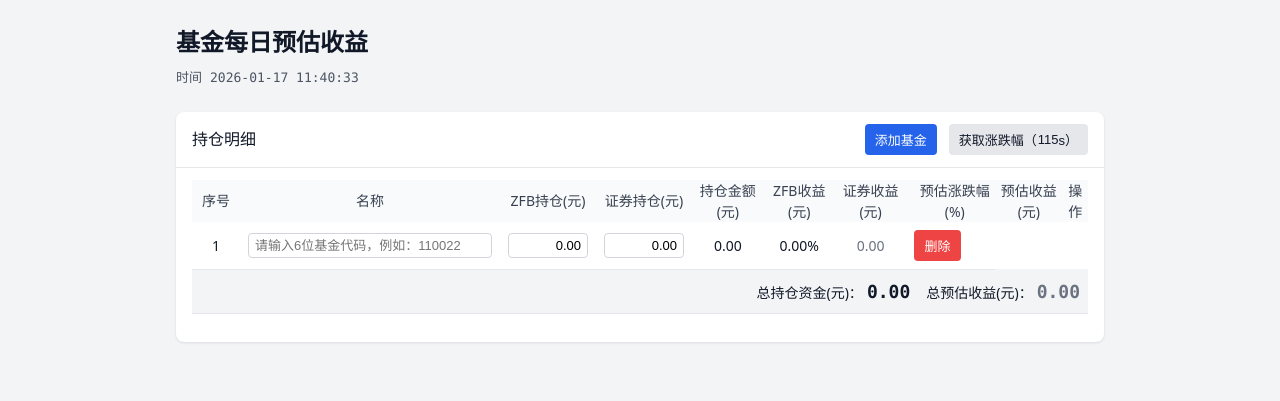
Repository: zt-boom/finance
Page: index.html
The author's editor kept a copy of each file at every save. The page is drawn from the files as they stood at one save, then again after the next save.
The browser window is 1280 px wide. The pictures show the whole page.

Above is the page before, as saved 2026-01-17 14:58:31.

### index.html
<!DOCTYPE html>
<html lang="zh-CN">
<head>
<meta charset="UTF-8">
<title>基金每日预估收益</title>
<meta name="viewport" content="width=device-width,initial-scale=1">
<link rel="stylesheet" href="./style.css">
</head>
<body>
<div class="app">
<header class="app-header">
<h1>基金每日预估收益</h1>
<div class="date-row">
<span>时间</span>
<span id="current-date"></span>
</div>
</header>
<main class="app-main">
<section class="card">
<div class="card-header">
<h2>持仓明细</h2>
<div class="card-header-actions">
<button id="add-fund-btn" class="primary-button">添加基金</button>
<button id="fetch-percent-btn" class="secondary-button">
获取涨跌幅（<span id="auto-refresh-countdown">120</span>s）
</button>
</div>
</div>
<div class="card-body">
<div class="table-wrapper">
<table class="fund-table">
<thead>
<tr>
<th class="index-col">序号</th>
<th>名称</th>
<th>ZFB持仓(元)</th>
<th>证券持仓(元)</th>
<th>持仓金额(元)</th>
<th>ZFB收益(元)</th>
<th>证券收益(元)</th>
<th>预估涨跌幅(%)</th>
<th>预估收益(元)</th>
<th>操作</th>
</tr>
</thead>
<tbody id="fund-table-body"></tbody>
<tfoot>
<tr class="summary-row">
<td colspan="10">
<div class="summary-items">
<div class="summary-left">
<span>总持仓资金(元)：<strong id="total-amount">0.00</strong></span>
<span>总预估收益(元)：<strong id="total-profit">0.00</strong></span>
</div>
</div>
</td>
</tr>
</tfoot>
</table>
</div>
</div>
</section>
</main>
</div>
<script src="./main.js"></script>
</body>
</html>

### style.css
* {
box-sizing: border-box;
margin: 0;
padding: 0;
}

body {
font-family: system-ui, -apple-system, BlinkMacSystemFont, "Segoe UI", sans-serif;
background-color: #f3f4f6;
color: #111827;
line-height: 1.5;
}

.app {
max-width: 960px;
margin: 0 auto;
padding: 24px 16px 40px;
}

.app-header {
display: flex;
flex-direction: column;
gap: 8px;
margin-bottom: 24px;
}

.app-header h1 {
font-size: 24px;
font-weight: 600;
color: #111827;
}

.date-row {
display: flex;
gap: 8px;
align-items: center;
font-size: 13px;
color: #4b5563;
}

.date-row span:last-child {
font-family: ui-monospace, SFMono-Regular, Menlo, Monaco, Consolas, "Liberation Mono", "Courier New", monospace;
font-variant-numeric: tabular-nums;
}

.app-main {
display: flex;
flex-direction: column;
gap: 16px;
}

.card {
background-color: #ffffff;
border-radius: 8px;
box-shadow: 0 1px 3px rgba(15, 23, 42, 0.1);
overflow: hidden;
}

.card-header {
display: flex;
justify-content: space-between;
align-items: center;
padding: 12px 16px;
border-bottom: 1px solid #e5e7eb;
}

.card-header h2 {
font-size: 16px;
font-weight: 500;
}

.card-header-actions {
display: flex;
align-items: center;
gap: 12px;
}

.card-body {
padding: 12px 16px 16px;
}

.table-wrapper {
overflow-x: auto;
margin-bottom: 12px;
}

.fund-table {
width: 100%;
border-collapse: collapse;
font-size: 14px;
}

.fund-table td {
border-bottom: 1px solid #e5e7eb;
padding: 8px;
text-align: left;
}

.fund-table th.index-col,
.fund-table td[data-role="row-index"] {
width: 48px;
text-align: center;
}

.fund-table td:nth-child(3),
.fund-table td:nth-child(4),
.fund-table td:nth-child(5),
.fund-table td:nth-child(6),
.fund-table td:nth-child(7) {
text-align: center;
white-space: nowrap;
}

.fund-table thead {
background-color: #f9fafb;
}

.fund-table th {
font-weight: 500;
color: #374151;
text-align: center;
}

.fund-table tbody tr:nth-child(even) {
background-color: #f9fafb;
}

.fund-table input {
width: 100%;
padding: 4px 6px;
font-size: 13px;
border-radius: 4px;
border: 1px solid #d1d5db;
outline: none;
text-align: right;
}

.fund-table input.narrow-number-input {
width: 80px;
margin: 0 auto;
}

.fund-table td:nth-child(2) input {
text-align: left;
}

.fund-table th:nth-child(2),
.fund-table td:nth-child(2) {
width: 260px;
}

.fund-table th:nth-child(8),
.fund-table td:nth-child(8) {
padding-left: 8px;
}

.fund-table input[type="number"]::-webkit-outer-spin-button,
.fund-table input[type="number"]::-webkit-inner-spin-button {
-webkit-appearance: none;
margin: 0;
}

.fund-table input[type="number"] {
-moz-appearance: textfield;
}

.fund-table input:focus {
border-color: #2563eb;
box-shadow: 0 0 0 1px rgba(37, 99, 235, 0.2);
}

.value-positive {
color: #ef4444;
}

.value-negative {
color: #10b981;
}

.value-zero {
color: #6b7280;
}

.summary-row td {
font-weight: 600;
color: #111827;
background-color: #f3f4f6;
}

.summary-items {
display: flex;
flex-wrap: wrap;
gap: 4px 16px;
justify-content: flex-end;
align-items: center;
}

#auto-refresh-countdown {
display: inline-block;
width: 3ch;
text-align: right;
}

.summary-items span {
font-weight: 500;
white-space: nowrap;
}

.summary-left {
display: flex;
flex-wrap: wrap;
gap: 4px 16px;
align-items: center;
}

.summary-items span strong {
font-size: 18px;
margin-left: 4px;
font-family: ui-monospace, SFMono-Regular, Menlo, Monaco, Consolas, "Liberation Mono", "Courier New", monospace;
}

#total-amount {
color: #111827;
}

.primary-button,
.secondary-button,
.danger-button {
border-radius: 4px;
border: none;
cursor: pointer;
font-size: 13px;
padding: 6px 10px;
display: inline-flex;
align-items: center;
justify-content: center;
}

.primary-button {
background-color: #2563eb;
color: #ffffff;
}

.primary-button:hover {
background-color: #1d4ed8;
}

.secondary-button {
background-color: #e5e7eb;
color: #111827;
}

.secondary-button:hover {
background-color: #d1d5db;
}

.danger-button {
background-color: #ef4444;
color: #ffffff;
}

.danger-button:hover {
background-color: #dc2626;
}

.actions-row {
display: none;
}

.instructions {
font-size: 13px;
color: #4b5563;
}

.instructions ol {
padding-left: 18px;
display: flex;
flex-direction: column;
gap: 4px;
}

@media (max-width: 640px) {
.app {
padding-inline: 12px;
}
.card-header {
flex-direction: column;
gap: 8px;
align-items: flex-start;
}
}

### main.js
const STORAGE_KEY = "fund_holdings_v1";

function formatCurrency(value) {
if (Number.isNaN(value)) return "0.00";
return value.toFixed(2);
}

function formatNumber(value) {
if (Number.isNaN(value)) return "";
return value.toFixed(2);
}

function getTodayDateString() {
const now = new Date();
const year = String(now.getFullYear());
const month = String(now.getMonth() + 1).padStart(2, "0");
const day = String(now.getDate()).padStart(2, "0");
const hours = String(now.getHours()).padStart(2, "0");
const minutes = String(now.getMinutes()).padStart(2, "0");
const seconds = String(now.getSeconds()).padStart(2, "0");
return `${year}-${month}-${day} ${hours}:${minutes}:${seconds}`;
}

const fundJsonpRequests = [];

function ensureJsonpHandler() {
if (window._fundJsonpInitialized) {
return;
}
window._fundJsonpInitialized = true;
window.jsonpgz = function (data) {
if (!data || !data.fundcode) {
return;
}
const code = data.fundcode;
while (true) {
let index = -1;
for (let i = 0; i < fundJsonpRequests.length; i += 1) {
if (fundJsonpRequests[i].code === code) {
index = i;
break;
}
}
if (index === -1) {
break;
}
const request = fundJsonpRequests.splice(index, 1)[0];
try {
const value = request.transform ? request.transform(data) : data;
request.resolve(value);
} catch (e) {
if (request.reject) {
if (e instanceof Error) {
request.reject(e);
} else {
request.reject(new Error("解析基金数据失败"));
}
}
}
}
};
}

function fetchFundEstimate(code) {
return new Promise((resolve, reject) => {
if (!code) {
reject(new Error("缺少基金代码"));
return;
}
ensureJsonpHandler();
fundJsonpRequests.push({
code,
resolve,
reject,
transform: data => {
const percent = parseFloat(data.gszzl);
if (Number.isNaN(percent)) {
throw new Error("无效的涨跌幅数据");
}
return percent;
}
});
const script = document.createElement("script");
script.src = `https://fundgz.1234567.com.cn/js/${code}.js?rt=${Date.now()}`;
script.onerror = () => {
for (let i = 0; i < fundJsonpRequests.length; i += 1) {
if (fundJsonpRequests[i].code === code) {
const request = fundJsonpRequests.splice(i, 1)[0];
request.reject(new Error("获取基金数据失败"));
break;
}
}
};
document.body.appendChild(script);
});
}

function fetchFundInfo(code) {
return new Promise((resolve, reject) => {
if (!code) {
reject(new Error("缺少基金代码"));
return;
}
ensureJsonpHandler();
fundJsonpRequests.push({
code,
resolve,
reject,
transform: data => data
});
const script = document.createElement("script");
script.src = `https://fundgz.1234567.com.cn/js/${code}.js?rt=${Date.now()}`;
script.onerror = () => {
for (let i = 0; i < fundJsonpRequests.length; i += 1) {
if (fundJsonpRequests[i].code === code) {
const request = fundJsonpRequests.splice(i, 1)[0];
request.reject(new Error("获取基金数据失败"));
break;
}
}
};
document.body.appendChild(script);
});
}

function parseFundCodeFromName(name) {
if (!name) return null;
const match = name.match(/(\d{6})/);
if (!match) {
return null;
}
return match[1];
}

function loadHoldingsFromStorage() {
try {
const raw = window.localStorage.getItem(STORAGE_KEY);
if (!raw) return [];
const parsed = JSON.parse(raw);
if (!Array.isArray(parsed)) return [];
return parsed;
} catch (e) {
return [];
}
}

function saveHoldingsToStorage(holdings) {
try {
const serialized = JSON.stringify(holdings);
window.localStorage.setItem(STORAGE_KEY, serialized);
} catch (e) {
}
}

function createTableRow(fund) {
const tr = document.createElement("tr");
const indexTd = document.createElement("td");
const nameTd = document.createElement("td");
const zfbAmountTd = document.createElement("td");
const stockAmountTd = document.createElement("td");
const amountTd = document.createElement("td");
const percentTd = document.createElement("td");
const profitTd = document.createElement("td");
const actionsTd = document.createElement("td");
const nameInput = document.createElement("input");
nameInput.type = "text";
nameInput.value = fund.name || "";
nameInput.placeholder = "请输入6位基金代码，例如：110022";
nameInput.addEventListener("change", handleStorageUpdate);
nameInput.addEventListener("keydown", event => {
if (event.key === "Enter") {
event.preventDefault();
const raw = nameInput.value.trim();
const code = parseFundCodeFromName(raw);
if (!code) {
window.alert("请先输入6位基金代码");
return;
}
const rows = document.querySelectorAll('tr[data-role="fund-row"]');
let duplicate = false;
rows.forEach(row => {
const inputs = row.querySelectorAll("input");
const otherNameInput = inputs[0];
if (!otherNameInput || otherNameInput === nameInput) {
return;
}
const otherCode = parseFundCodeFromName(otherNameInput.value.trim());
if (otherCode && otherCode === code) {
duplicate = true;
}
});
if (duplicate) {
window.alert("该基金代码已存在，请不要重复添加");
return;
}
nameInput.disabled = true;
fetchFundInfo(code).then(data => {
nameInput.disabled = false;
if (!data || !data.name) {
window.alert("未能获取基金名称，请检查基金代码");
return;
}
nameInput.value = `${code}  ${data.name}`;
handleStorageUpdate();
}).catch(() => {
nameInput.disabled = false;
window.alert("未能获取基金名称，请检查基金代码或网络连接");
});
}
});
const zfbInput = document.createElement("input");
zfbInput.type = "number";
zfbInput.step = "0.01";
zfbInput.min = "0";
zfbInput.value = fund.zfbAmount != null ? formatCurrency(Number(fund.zfbAmount)) : "0.00";
zfbInput.addEventListener("blur", () => {
const value = parseFloat(zfbInput.value);
const normalized = Number.isNaN(value) ? 0 : value;
zfbInput.value = formatCurrency(normalized);
});
zfbInput.addEventListener("input", () => {
calculateProfit();
});
zfbInput.addEventListener("change", () => {
handleStorageUpdate();
calculateProfit();
});
zfbInput.className = "narrow-number-input";
const stockInput = document.createElement("input");
stockInput.type = "number";
stockInput.step = "0.01";
stockInput.min = "0";
stockInput.value = fund.stockAmount != null ? formatCurrency(Number(fund.stockAmount)) : "0.00";
stockInput.addEventListener("blur", () => {
const value = parseFloat(stockInput.value);
const normalized = Number.isNaN(value) ? 0 : value;
stockInput.value = formatCurrency(normalized);
});
stockInput.addEventListener("input", () => {
calculateProfit();
});
stockInput.addEventListener("change", () => {
handleStorageUpdate();
calculateProfit();
});
stockInput.className = "narrow-number-input";
const amountSpan = document.createElement("span");
amountSpan.dataset.role = "amount-display";
amountSpan.textContent = "0.00";
const percentSpan = document.createElement("span");
percentSpan.textContent = "0.00%";
const profitSpan = document.createElement("span");
profitSpan.textContent = "0.00";
const deleteButton = document.createElement("button");
deleteButton.textContent = "删除";
deleteButton.className = "danger-button";
deleteButton.addEventListener("click", () => {
const inputs = tr.querySelectorAll("input");
const nameValue = inputs[0] ? inputs[0].value.trim() : "";
const zfbValue = inputs[1] ? inputs[1].value.trim() : "";
const stockValue = inputs[2] ? inputs[2].value.trim() : "";
const isEmptyRow = !nameValue && !zfbValue && !stockValue;
if (!isEmptyRow) {
const confirmed = window.confirm("确定要删除这条持仓记录吗？");
if (!confirmed) {
return;
}
}
tr.remove();
handleStorageUpdate();
calculateProfit();
updateRowIndices();
});
indexTd.dataset.role = "row-index";
percentTd.dataset.role = "percent-cell";
profitTd.dataset.role = "profit-cell";
nameTd.appendChild(nameInput);
zfbAmountTd.appendChild(zfbInput);
stockAmountTd.appendChild(stockInput);
amountTd.appendChild(amountSpan);
percentTd.appendChild(percentSpan);
profitTd.appendChild(profitSpan);
actionsTd.appendChild(deleteButton);
tr.appendChild(indexTd);
tr.appendChild(nameTd);
tr.appendChild(zfbAmountTd);
tr.appendChild(stockAmountTd);
tr.appendChild(amountTd);
tr.appendChild(percentTd);
tr.appendChild(profitTd);
tr.appendChild(actionsTd);
tr.dataset.role = "fund-row";
return tr;
}

function readHoldingsFromTable() {
const rows = document.querySelectorAll('tr[data-role="fund-row"]');
const holdings = [];
rows.forEach(row => {
const inputs = row.querySelectorAll("input");
const nameInput = inputs[0];
const zfbInput = inputs[1];
const stockInput = inputs[2];
const name = nameInput.value.trim();
const zfbAmount = parseFloat(zfbInput.value);
const stockAmount = parseFloat(stockInput.value);
const hasZfb = !Number.isNaN(zfbAmount) && zfbAmount > 0;
const hasStock = !Number.isNaN(stockAmount) && stockAmount > 0;
if (!name && !hasZfb && !hasStock) {
return;
}
holdings.push({
name,
zfbAmount: hasZfb ? zfbAmount : 0,
stockAmount: hasStock ? stockAmount : 0
});
});
return holdings;
}

function handleStorageUpdate() {
const holdings = readHoldingsFromTable();
saveHoldingsToStorage(holdings);
}

function populateTableFromStorage() {
const tbody = document.getElementById("fund-table-body");
tbody.innerHTML = "";
const holdings = loadHoldingsFromStorage();
if (holdings.length === 0) {
const row = createTableRow({ name: "", zfbAmount: null, stockAmount: null });
tbody.appendChild(row);
updateRowIndices();
calculateProfit();
return;
}
holdings.forEach(fund => {
const row = createTableRow({
name: fund.name || "",
zfbAmount: fund.zfbAmount != null ? fund.zfbAmount : null,
stockAmount: fund.stockAmount != null ? fund.stockAmount : null
});
tbody.appendChild(row);
});
updateRowIndices();
calculateProfit();
}

function calculateProfit() {
const rows = document.querySelectorAll('tr[data-role="fund-row"]');
let totalProfit = 0;
let totalHoldingAmount = 0;
rows.forEach(row => {
const inputs = row.querySelectorAll("input");
const zfbInput = inputs[1];
const stockInput = inputs[2];
const amountSpan = row.querySelector('span[data-role="amount-display"]');
const percentCell = row.querySelector('td[data-role="percent-cell"] span');
const profitCell = row.querySelector('td[data-role="profit-cell"] span');
const zfbAmount = zfbInput ? parseFloat(zfbInput.value) : NaN;
const stockAmount = stockInput ? parseFloat(stockInput.value) : NaN;
const normalizedZfb = Number.isNaN(zfbAmount) ? 0 : zfbAmount;
const normalizedStock = Number.isNaN(stockAmount) ? 0 : stockAmount;
const amount = normalizedZfb + normalizedStock;
const percent = percentCell ? parseFloat(percentCell.textContent) : NaN;
if (amountSpan) {
amountSpan.textContent = formatCurrency(amount);
}
if (amount > 0) {
totalHoldingAmount += amount;
}
if (!profitCell) {
return;
}
if (amount <= 0 || Number.isNaN(percent)) {
profitCell.textContent = "0.00";
applyProfitColor(profitCell, 0);
return;
}
const profit = amount * percent / 100;
totalProfit += profit;
profitCell.textContent = formatCurrency(profit);
applyProfitColor(profitCell, profit);
});
const totalAmountElement = document.getElementById("total-amount");
if (totalAmountElement) {
totalAmountElement.textContent = formatCurrency(totalHoldingAmount);
}
const totalProfitElement = document.getElementById("total-profit");
totalProfitElement.textContent = formatCurrency(totalProfit);
applyProfitColor(totalProfitElement, totalProfit);
}

function autoFetchPercentages(options) {
const useButton = !options || options.useButton !== false;
const showAlert = !options || options.showAlert !== false;
const rows = document.querySelectorAll('tr[data-role="fund-row"]');
const promises = [];
rows.forEach(row => {
const inputs = row.querySelectorAll("input");
const nameInput = inputs[0];
const name = nameInput ? nameInput.value.trim() : "";
const code = parseFundCodeFromName(name);
if (!code) {
return;
}
const percentCell = row.querySelector('td[data-role="percent-cell"] span');
if (!percentCell) {
return;
}
const promise = fetchFundEstimate(code).then(percent => {
const value = formatNumber(percent);
percentCell.textContent = `${value}%`;
return true;
}).catch(() => false);
promises.push(promise);
});
if (promises.length === 0) {
if (showAlert) {
window.alert("请先在名称中输入包含6位基金代码的内容");
}
return;
}
const fetchButton = useButton ? document.getElementById("fetch-percent-btn") : null;
if (fetchButton) {
fetchButton.disabled = true;
}
Promise.all(promises).then(results => {
const successCount = results.filter(Boolean).length;
if (fetchButton) {
fetchButton.disabled = false;
}
if (successCount === 0) {
if (showAlert) {
window.alert("未能获取任何基金的预估涨跌幅，请检查基金代码或网络连接");
}
return;
}
calculateProfit();
});
}

function applyProfitColor(element, value) {
if (!element) {
return;
}
element.classList.remove("value-positive", "value-negative", "value-zero");
if (Number.isNaN(value)) {
return;
}
if (value > 0) {
element.classList.add("value-positive");
} else if (value < 0) {
element.classList.add("value-negative");
} else {
element.classList.add("value-zero");
}
}

function initApp() {
const dateElement = document.getElementById("current-date");
if (dateElement) {
dateElement.textContent = getTodayDateString();
}
populateTableFromStorage();
const addFundButton = document.getElementById("add-fund-btn");
const fetchPercentButton = document.getElementById("fetch-percent-btn");
const countdownElement = document.getElementById("auto-refresh-countdown");
const autoRefreshSeconds = 120;
let remainingSeconds = autoRefreshSeconds;
function updateCountdown() {
if (countdownElement) {
countdownElement.textContent = String(remainingSeconds);
}
}
function resetCountdown() {
remainingSeconds = autoRefreshSeconds;
updateCountdown();
}
updateCountdown();
if (addFundButton) {
addFundButton.addEventListener("click", () => {
const tbody = document.getElementById("fund-table-body");
const row = createTableRow({ name: "", amount: null });
tbody.appendChild(row);
updateRowIndices();
});
}
if (fetchPercentButton) {
fetchPercentButton.addEventListener("click", () => {
autoFetchPercentages({ useButton: true, showAlert: true });
resetCountdown();
});
}
if (dateElement) {
setInterval(() => {
dateElement.textContent = getTodayDateString();
}, 1000);
}
setInterval(() => {
remainingSeconds -= 1;
if (remainingSeconds <= 0) {
autoFetchPercentages({ useButton: false, showAlert: false });
remainingSeconds = autoRefreshSeconds;
}
updateCountdown();
}, 1000);
}

function updateRowIndices() {
const rows = document.querySelectorAll('tr[data-role="fund-row"]');
rows.forEach((row, index) => {
const indexCell = row.querySelector('td[data-role="row-index"]');
if (indexCell) {
indexCell.textContent = String(index + 1);
}
});
}

if (document.readyState === "loading") {
document.addEventListener("DOMContentLoaded", initApp);
} else {
initApp();
}

After the next save:
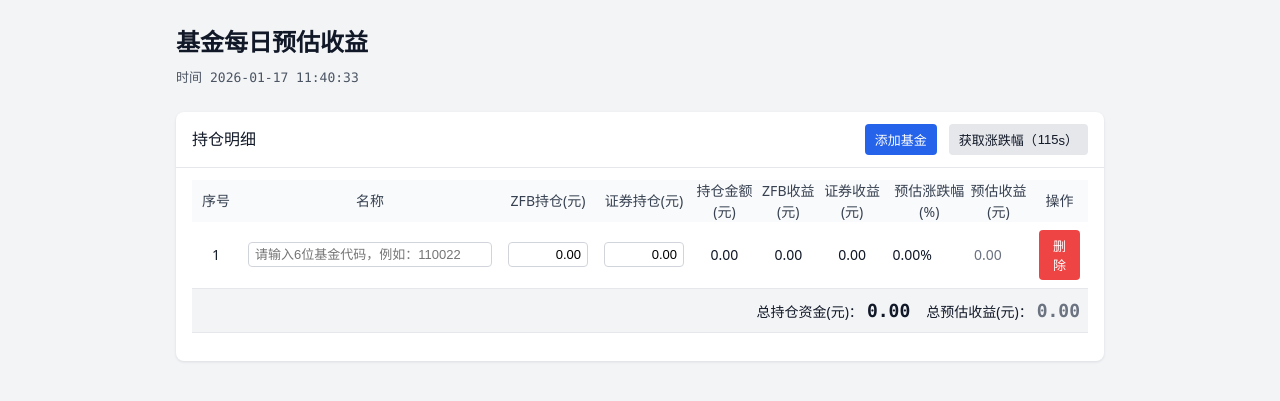
Saved 17 s later.
--- a/main.js
+++ b/main.js
@@ -159,6 +159,8 @@ const nameTd = document.createElement("td");
 const zfbAmountTd = document.createElement("td");
 const stockAmountTd = document.createElement("td");
 const amountTd = document.createElement("td");
+const zfbProfitTd = document.createElement("td");
+const stockProfitTd = document.createElement("td");
 const percentTd = document.createElement("td");
 const profitTd = document.createElement("td");
 const actionsTd = document.createElement("td");
@@ -247,6 +249,10 @@ stockInput.className = "narrow-number-input";
 const amountSpan = document.createElement("span");
 amountSpan.dataset.role = "amount-display";
 amountSpan.textContent = "0.00";
+const zfbProfitSpan = document.createElement("span");
+zfbProfitSpan.textContent = "0.00";
+const stockProfitSpan = document.createElement("span");
+stockProfitSpan.textContent = "0.00";
 const percentSpan = document.createElement("span");
 percentSpan.textContent = "0.00%";
 const profitSpan = document.createElement("span");
@@ -272,12 +278,16 @@ calculateProfit();
 updateRowIndices();
 });
 indexTd.dataset.role = "row-index";
+zfbProfitTd.dataset.role = "zfb-profit-cell";
+stockProfitTd.dataset.role = "stock-profit-cell";
 percentTd.dataset.role = "percent-cell";
 profitTd.dataset.role = "profit-cell";
 nameTd.appendChild(nameInput);
 zfbAmountTd.appendChild(zfbInput);
 stockAmountTd.appendChild(stockInput);
 amountTd.appendChild(amountSpan);
+zfbProfitTd.appendChild(zfbProfitSpan);
+stockProfitTd.appendChild(stockProfitSpan);
 percentTd.appendChild(percentSpan);
 profitTd.appendChild(profitSpan);
 actionsTd.appendChild(deleteButton);
@@ -286,6 +296,8 @@ tr.appendChild(nameTd);
 tr.appendChild(zfbAmountTd);
 tr.appendChild(stockAmountTd);
 tr.appendChild(amountTd);
+tr.appendChild(zfbProfitTd);
+tr.appendChild(stockProfitTd);
 tr.appendChild(percentTd);
 tr.appendChild(profitTd);
 tr.appendChild(actionsTd);
